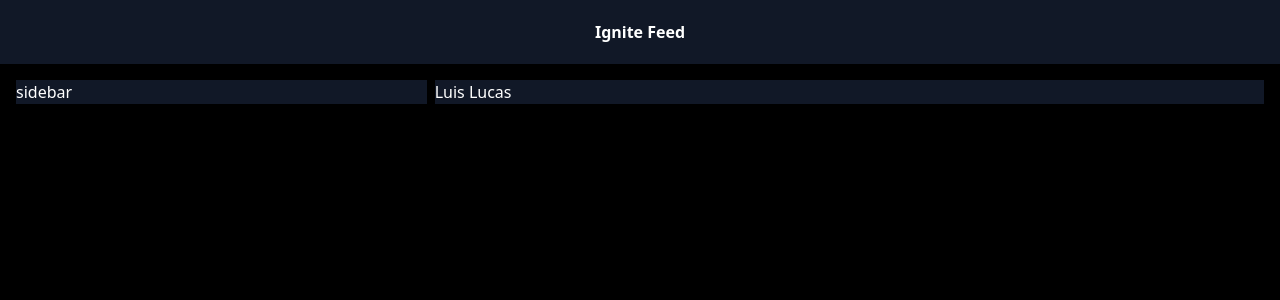
Repository: LuisSempre/ignite-feed
Page: /
An editor plug-in stored every save of this project. The page is shown before and after the next save, followed by the edit.
The browser window is 1280 px wide. The pictures show the whole page.
The project was rebuilt for these pictures with package versions that can differ from the ones it lists, and the page was loaded fresh each time. Also part of the build but not shown: vite.config.js.

Above is the page before, as saved 2022-07-13 21:18:51.

After the next save:
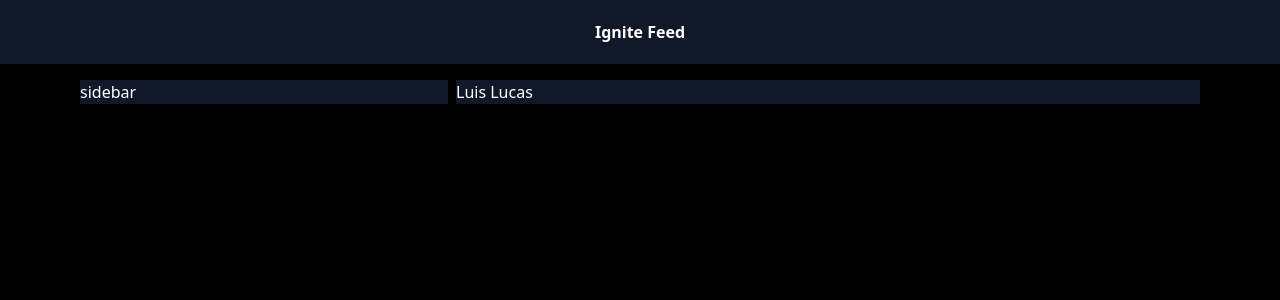
Saved 8 s later.
--- a/src/App.jsx
+++ b/src/App.jsx
@@ -3,7 +3,7 @@ function App() {
   return (
     <div>
       <Header />
-      <div className="max-w-7xl mx-auto p-4 grid grid-cols-3 gap-2 items-start">
+      <div className="max-w-6xl mx-auto p-4 grid grid-cols-3 gap-2 items-start">
         <div className="bg-gray-900">
           sidebar
         </div>
